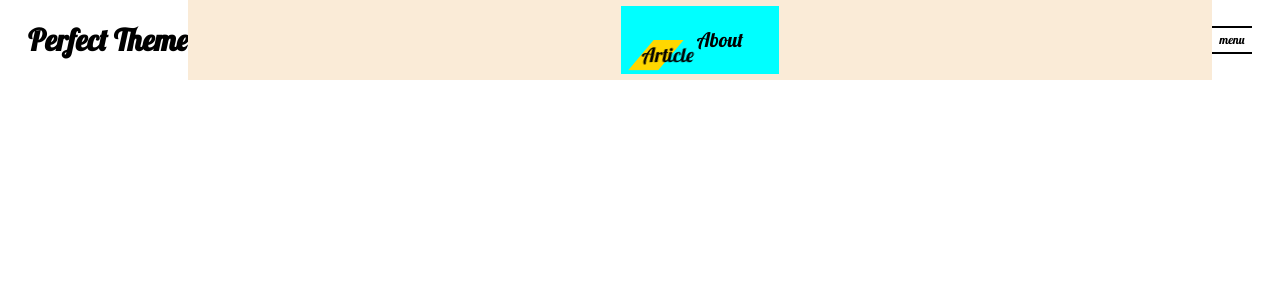
Repository: hsumyatm7308/laravel-blog
Page: blogweb/resources/views/blog/headerlayout.html
The author's editor kept a copy of each file at every save. The page is drawn from the files as they stood at one save, then again after the next save.
The browser window is 1280 px wide. The pictures show the whole page.
Some web libraries are served in a nearby version.

Above is the page before, as saved 2023-09-04 16:03:18.

### blogweb/resources/views/blog/headerlayout.html
<!DOCTYPE html>
<html>

<head>
    <title>@yield('title')</title>
    <script src="https://cdn.tailwindcss.com"></script>

</head>
<style>
    @import url('https://fonts.googleapis.com/css2?family=Lobster&display=swap');

    body {
        font-family: 'Lobster', cursive;
    }

    .container {
        width: 80%;
        height: auto;
        background-color: antiquewhite;

        display: flex;
        justify-content: center;
        align-items: center;

        position: relative;


    }

    .navlabel {
        position: relative;
        background-color: aqua;
    }

    .lictn{
        position: relative;
    }

    .skewtextctn {
        width: 30px;
        height: 30px;

        background: gold;

        position: fixed;

        transform: skew(-40deg);


    }

    .article {
        position: fixed;
        left: 1px;

        top: 1px;



        transform: skew(40deg);

    }
</style>

<body class="bg-[#ffff]">
    <nav class="w-[100vw] flex justify-center items-center">
        <h1 class="text-3xl font-semibold">Perfect Theme</h1>

        <div class="w-[80%] h-20 flex justify-center items-center container">
            <div class="flex justify-center items-center list-none navlabel">
                <li class="p-5 mr-4 lictn">
                    <div class=" skewtextctn">
                        <a href="" class="text-xl text-black article">Article</a>
                    </div>
                </li>
                <li class="p-5 mr-4"><a href="" class="text-xl">About</a></li>
            </div>


        </div>

        <div class=" transform ">
            <span class="text-xs flex justify-center items-center flex-col">
                <div class="w-10 h-[2px] bg-black"></div>
                <span class="p-1 "> menu</span>
                <div class="w-10 h-[2px] bg-black font-semibold"></div>
            </span>
        </div>
    </nav>

</body>

</html>

After the next save:
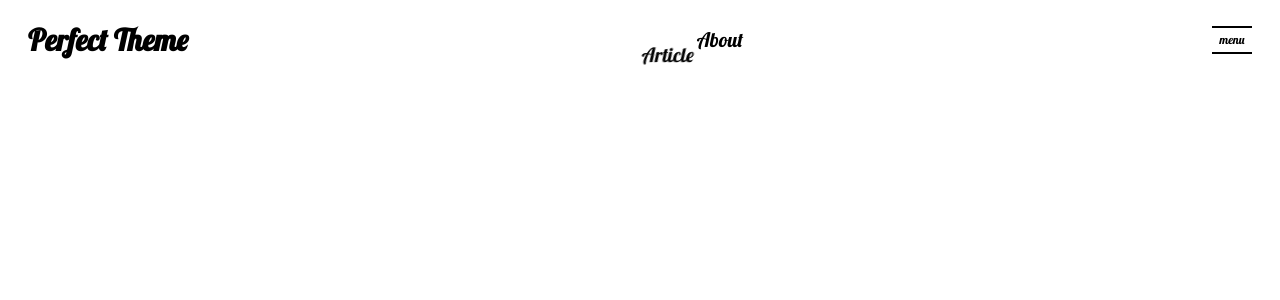
Saved 33 s later.
--- a/blogweb/resources/views/blog/headerlayout.html
+++ b/blogweb/resources/views/blog/headerlayout.html
@@ -16,7 +16,7 @@
     .container {
         width: 80%;
         height: auto;
-        background-color: antiquewhite;
+        /* background-color: antiquewhite; */
 
         display: flex;
         justify-content: center;
@@ -29,7 +29,7 @@
 
     .navlabel {
         position: relative;
-        background-color: aqua;
+        /* background-color: aqua; */
     }
 
     .lictn{
@@ -40,7 +40,7 @@
         width: 30px;
         height: 30px;
 
-        background: gold;
+        /* background: gold; */
 
         position: fixed;
 
